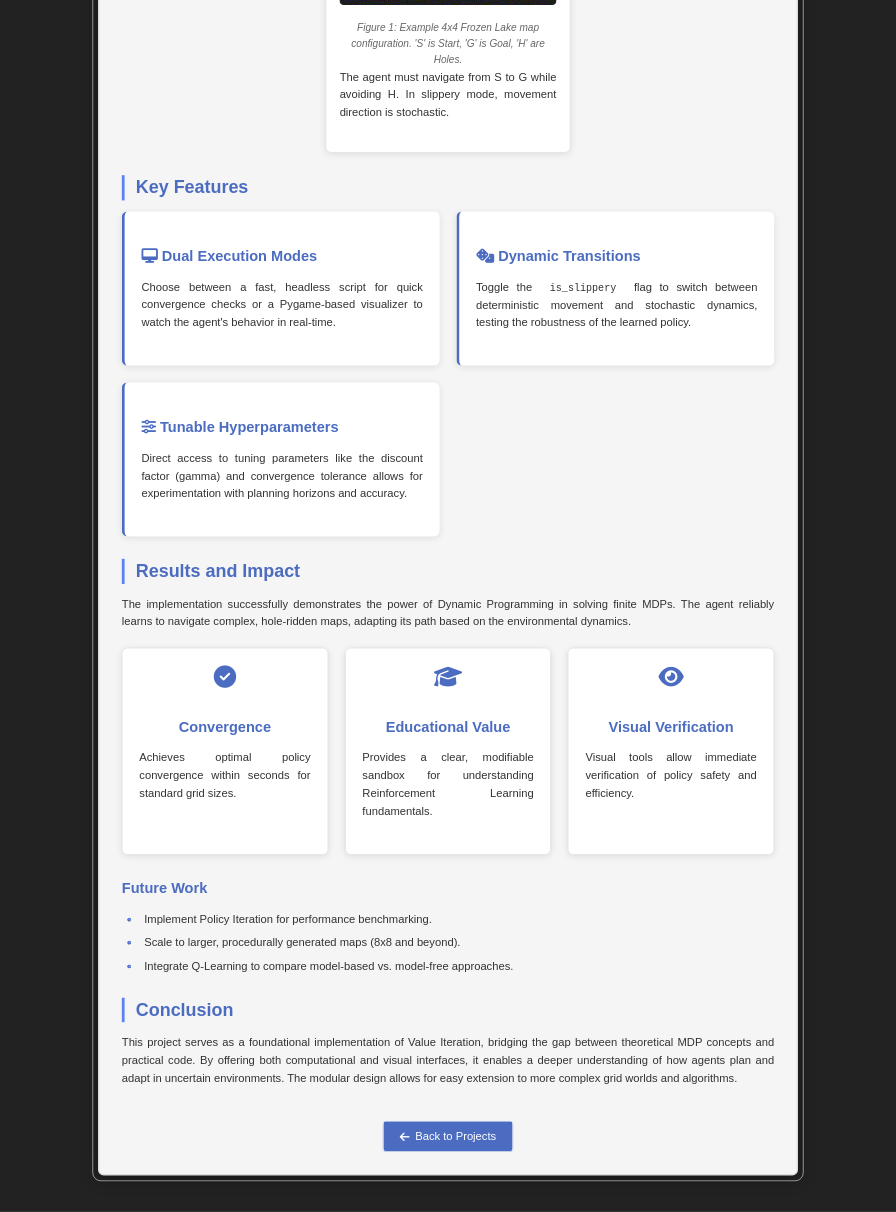
Repository: bk-poudel/bk-poudel.github.io
Page: projects/value_iteration_frozen_lake.html
These files come from the project's save history. The page is drawn as it stood at one moment and after the next save; the edit follows.
The browser window is 1280 px wide. The pictures show the part of the page from y = 2156 to 4076 px (the page is 3887 px tall before and 4517 px after), at 70% of full size.

Above is the page before, as saved 2025-12-28 12:53:20.

After the next save:
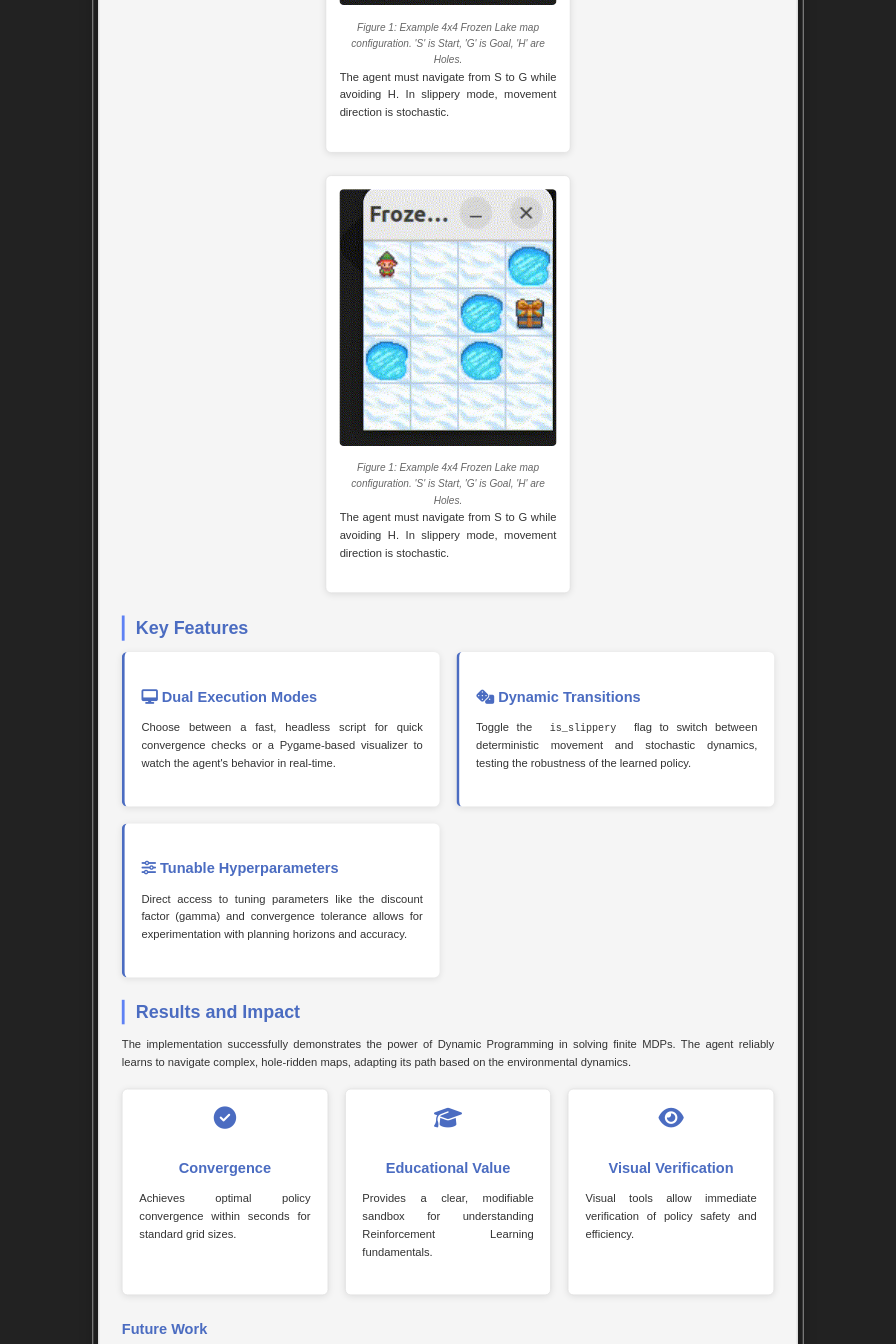
Saved 2 min 33 s later.
--- a/projects/value_iteration_frozen_lake.html
+++ b/projects/value_iteration_frozen_lake.html
@@ -351,6 +351,13 @@
                 <p>The agent must navigate from S to G while avoiding H. In slippery mode, movement direction is stochastic.</p>
             </div>
         </div>
+        <div class="figure-container">
+            <div class="figure">
+                <img src="../value_iteration/Value_iteration.gif" alt="Frozen Lake Value Iteration Demo" style="width:100%;border-radius:6px;margin-bottom:0.8rem;" />
+                <div class="figure-caption">Figure 1: Example 4x4 Frozen Lake map configuration. 'S' is Start, 'G' is Goal, 'H' are Holes.</div>
+                <p>The agent must navigate from S to G while avoiding H. In slippery mode, movement direction is stochastic.</p>
+            </div>
+        </div>
         <div class="products-created">
             <h2>Key Features</h2>
             <div class="feature-list">

After the save that followed:
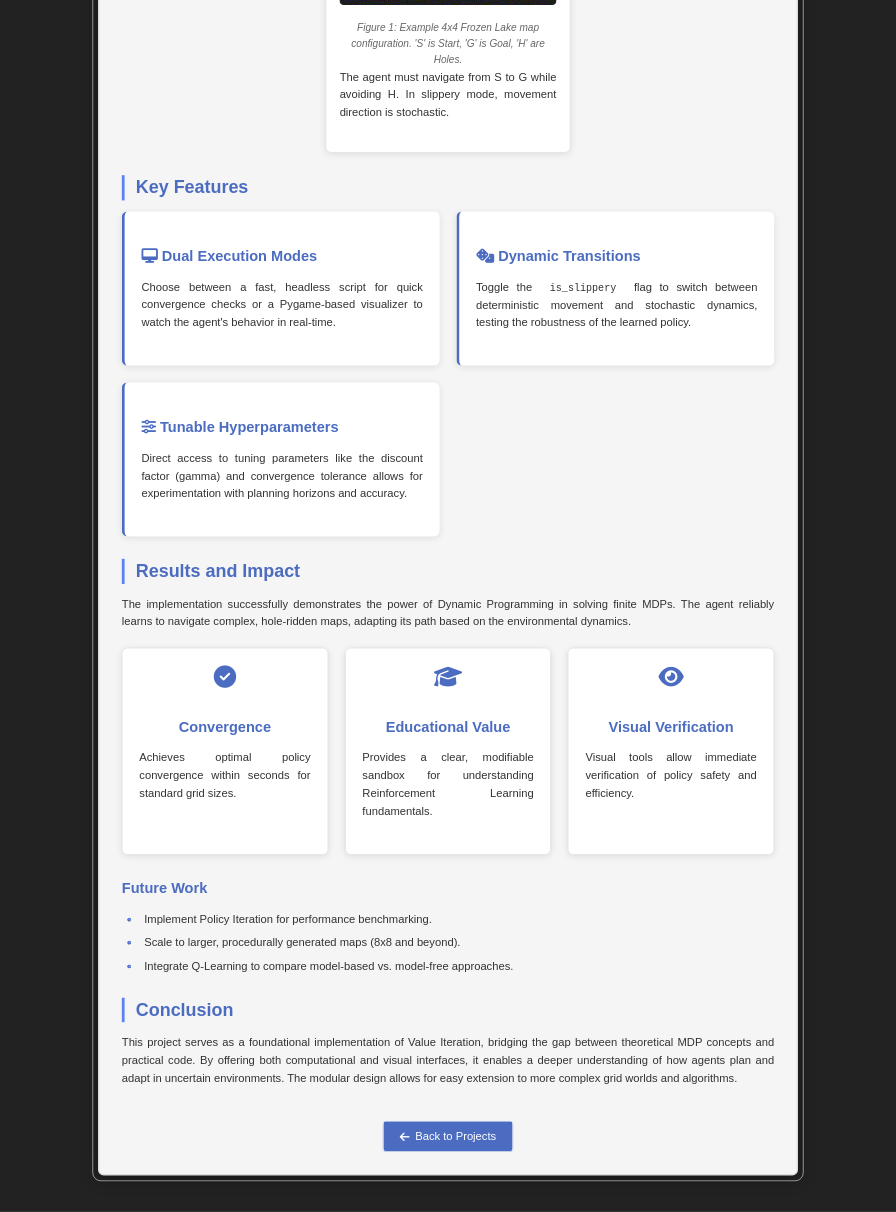
Saved 6 s later.
--- a/projects/value_iteration_frozen_lake.html
+++ b/projects/value_iteration_frozen_lake.html
@@ -351,13 +351,6 @@
                 <p>The agent must navigate from S to G while avoiding H. In slippery mode, movement direction is stochastic.</p>
             </div>
         </div>
-        <div class="figure-container">
-            <div class="figure">
-                <img src="../value_iteration/Value_iteration.gif" alt="Frozen Lake Value Iteration Demo" style="width:100%;border-radius:6px;margin-bottom:0.8rem;" />
-                <div class="figure-caption">Figure 1: Example 4x4 Frozen Lake map configuration. 'S' is Start, 'G' is Goal, 'H' are Holes.</div>
-                <p>The agent must navigate from S to G while avoiding H. In slippery mode, movement direction is stochastic.</p>
-            </div>
-        </div>
         <div class="products-created">
             <h2>Key Features</h2>
             <div class="feature-list">
